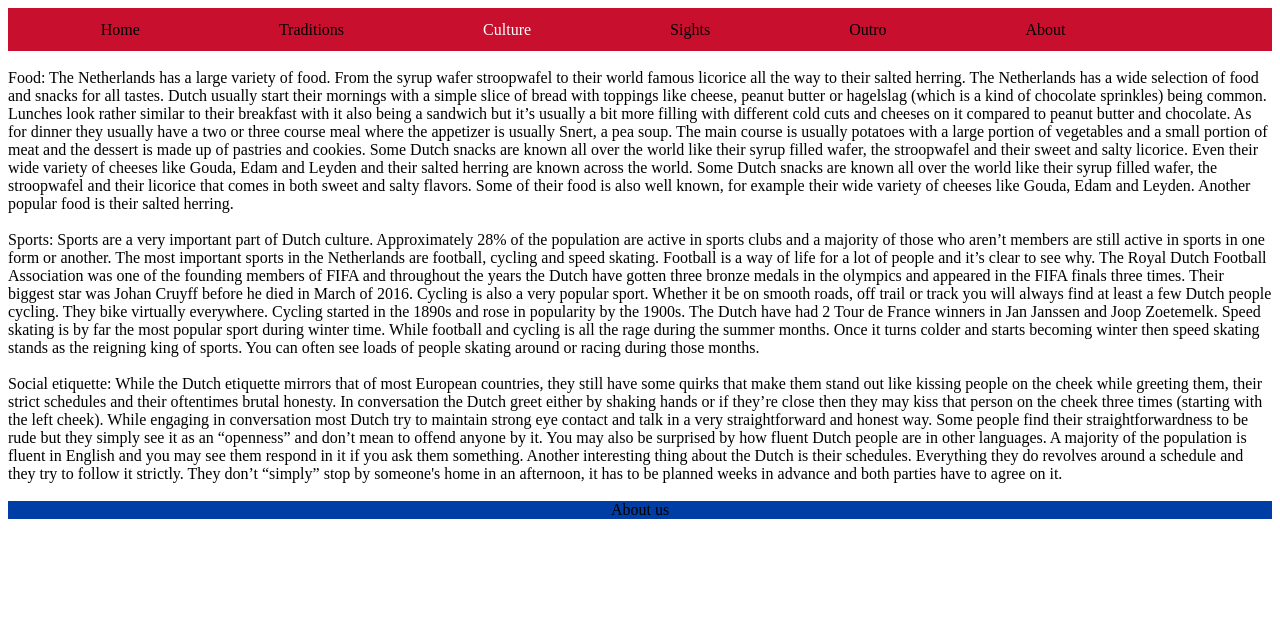
Repository: Cornman63/The-netherlands
Page: culture.html
The author's editor kept a copy of each file at every save. The page is drawn from the files as they stood at one save, then again after the next save.
The browser window is 1280 px wide. The pictures show the whole page.

Above is the page before, as saved 2023-05-17 13:05:35.

After the next save:
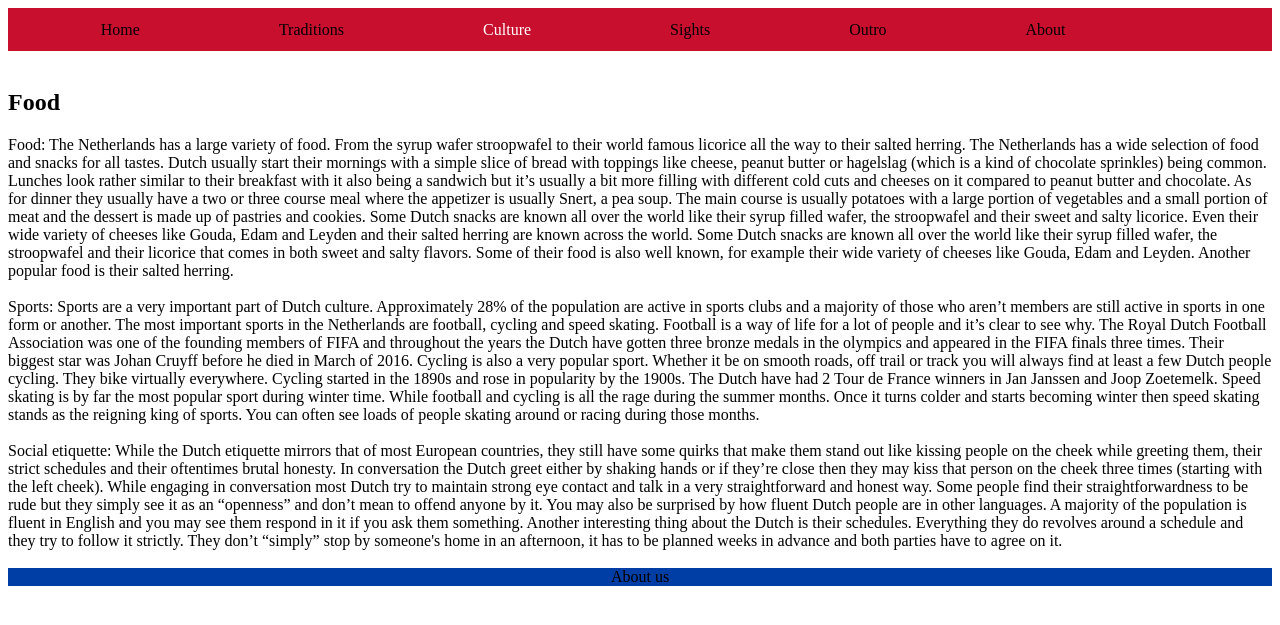
Saved 5 days later.
--- a/culture.html
+++ b/culture.html
@@ -20,7 +20,7 @@
     <br>
     <div class="text">
         <div class="food">
-            Food:
+            <h2>Food</h2>Food:
 
             The Netherlands has a large variety of food. From the syrup wafer stroopwafel to their world famous licorice all the way to their salted herring. The Netherlands has a wide selection of food and snacks for all tastes.
 
